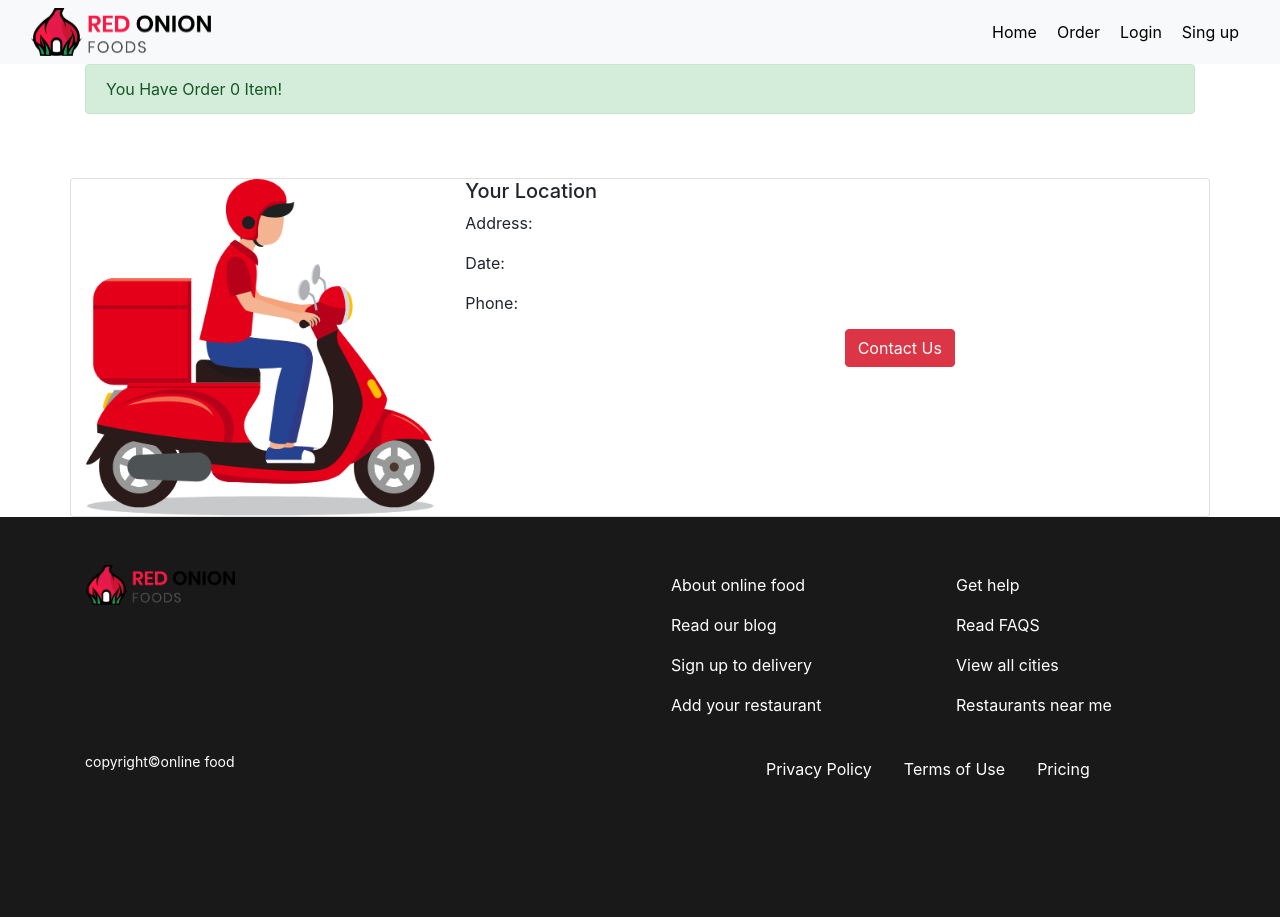
Repository: arif286/red-onion-client
Page: /order
An editor plug-in stored every save of this project. The page is shown before and after the next save, followed by the edit.
The browser window is 1280 px wide. The pictures show the whole page.
The page's requests for data from a server got no answer. The project was rebuilt for these pictures with package versions that can differ from the ones it lists, and the page was loaded fresh each time. Some packages were replaced by stand-ins written for this rebuild. No one was signed in, and anything a server would have sent is missing. Also part of the build but not shown: src/App.css, src/components/CheckOut/CheckOut.css, src/components/CheckOut/CheckOutForm/CheckOutFrom.js, src/components/CheckOut/CheckOut.js, src/components/SearchBar/SearchBar.css, src/components/SearchBar/SearchBar.js, src/components/FoodDetails/FoodDetail.css, src/components/FoodDetails/FoodDetail.js and 12 more. Imported but missing from the stored project, and not drawn on this page: src/components/CheckOut/Map/Map.

Above is the page before, as saved 2021-04-06 04:49:01.

### public/index.html
<!DOCTYPE html>
<html lang="en">
  <head>
    <meta charset="utf-8" />
    <link rel="icon" href="%PUBLIC_URL%/favicon.ico" />
    <meta name="viewport" content="width=device-width, initial-scale=1" />
    <meta name="theme-color" content="#000000" />
    <meta
      name="description"
      content="Web site created using create-react-app"
    />
    <link rel="apple-touch-icon" href="%PUBLIC_URL%/logo192.png" />
    <!--
      manifest.json provides metadata used when your web app is installed on a
      user's mobile device or desktop. See https://developers.google.com/web/fundamentals/web-app-manifest/
    -->
    <link rel="manifest" href="%PUBLIC_URL%/manifest.json" />

    <!-- <link
      href="https://api.tiles.mapbox.com/mapbox-gl-js/v2.1.1/mapbox-gl.css"
      rel="stylesheet"
    /> -->
    <!--
      Notice the use of %PUBLIC_URL% in the tags above.
      It will be replaced with the URL of the `public` folder during the build.
      Only files inside the `public` folder can be referenced from the HTML.

      Unlike "/favicon.ico" or "favicon.ico", "%PUBLIC_URL%/favicon.ico" will
      work correctly both with client-side routing and a non-root public URL.
      Learn how to configure a non-root public URL by running `npm run build`.
    -->
    <title>Red Onion</title>
  </head>
  <body>
    <noscript>You need to enable JavaScript to run this app.</noscript>
    <div id="root"></div>
    <!--
      This HTML file is a template.
      If you open it directly in the browser, you will see an empty page.

      You can add webfonts, meta tags, or analytics to this file.
      The build step will place the bundled scripts into the <body> tag.

      To begin the development, run `npm start` or `yarn start`.
      To create a production bundle, use `npm run build` or `yarn build`.
    -->
  </body>
</html>

### src/App.js
import "bootstrap/dist/css/bootstrap.min.css";
import React, { createContext, useState } from "react";
import { BrowserRouter as Router, Route, Switch } from "react-router-dom";
import './App.css';
import CheckOut from "./components/CheckOut/CheckOut";
import Map from "./components/CheckOut/Map/Map";
import FoodDetail from "./components/FoodDetails/FoodDetail";
import Footer from "./components/Footer/Footer";
import Header from "./components/Header/Header";
import Home from './components/Home/Home';
import Login from "./components/LogIn/Login";
import Order from "./components/Order/Order";
import SingUp from "./components/SingUp/SingUp";


export const UserContext = createContext();
function App() {
  const [loggedInUser, setLoggedInUser] = useState({});
  return (
    <UserContext.Provider value={[loggedInUser, setLoggedInUser]}>
      <Router>
        <Header />
        <Switch>
          <Route path="/home">
            <Home />
          </Route>
          <Route path="/signUp">
            <SingUp />
          </Route>
          <Route path="/login">
            <Login />
          </Route>
          <Route path="/food/details/:foodId">
            <FoodDetail />
          </Route>
          <Route path='/checkOut'>
            <CheckOut/>
          </Route>
          <Route path='/order'>
            <Order/>
          </Route>
          <Route path='/map'>
            <Map/>
          </Route>
          <Route exact path="/">
            <Home/>
          </Route>
        </Switch>
        <Footer />
      </Router>
    </UserContext.Provider>
  );

}

export default App;

### src/components/Footer/Footer.js
import React from 'react';
import { NavLink } from 'react-bootstrap';
import Logo from '../../onion-restaurent/logo2.png';
import './Footer.css';

const Footer = () => {
    return (
      <footer>
        <div className="container">
          <div className="row pt-5">
            <div className="col-md-6 col-sm-12 pb-4">
              <img className="footer-img" src={Logo} alt="" />
            </div>
            <div className="col-md-3 col-sm-12 pb-4">
              <ul className="nav flex-column">
                <li className="nav-item">
                  <NavLink
                    className="nav-link active footer-link"
                    aria-current="page"
                    to="/"
                  >
                    About online food
                  </NavLink>
                </li>
                <li className="nav-item">
                  <NavLink className="nav-link footer-link" to="/">
                    Read our blog
                  </NavLink>
                </li>
                <li className="nav-item">
                  <NavLink className="nav-link footer-link" to="/">
                    Sign up to delivery
                  </NavLink>
                </li>
                <li className="nav-item">
                  <NavLink className="nav-link footer-link" to="/">
                    Add your restaurant
                  </NavLink>
                </li>
              </ul>
            </div>
            <div className="col-md-3 col-sm-12 pb-4">
              <ul className="nav flex-column">
                <li className="nav-item">
                  <NavLink
                    className="nav-link footer-link"
                    aria-current="page"
                    to="/"
                  >
                    Get help
                  </NavLink>
                </li>
                <li className="nav-item">
                  <NavLink className="nav-link footer-link" to="/">
                    Read FAQS
                  </NavLink>
                </li>
                <li className="nav-item">
                  <NavLink className="nav-link footer-link" to="/">
                    View all cities
                  </NavLink>
                </li>
                <li className="nav-item">
                  <NavLink className="nav-link footer-link" to="/">
                    Restaurants near me
                  </NavLink>
                </li>
              </ul>
            </div>
          </div>

          <div className="row">
            <div className="col-md-7">
              <p className='copy-right'>
                <small>
                  copyright<span>&#169;</span>online food
                </small>
              </p>
            </div>
            <div className="col-md-5">
              <div className='d-flex'>
                <NavLink className="footer-link">Privacy Policy</NavLink>
                <NavLink className="footer-link">Terms of Use</NavLink>
                <NavLink className="footer-link">Pricing</NavLink>
              </div>
            </div>
          </div>
        </div>
      </footer>
    );
};

export default Footer;

### src/components/Header/Header.js
import { faShoppingCart } from "@fortawesome/free-solid-svg-icons";
import { FontAwesomeIcon } from "@fortawesome/react-fontawesome";
import React from 'react';
import { NavLink } from "react-router-dom";
import logo from '../../onion-restaurent/logo2.png';
import './Header.css';
const cart = <FontAwesomeIcon icon={faShoppingCart} />;
const Header = () => {
    const header = {
        logo : {width: '180px'}
    }
    return (
      <div>
        <nav className="navbar navbar-expand-lg navbar-light bg-light">
          <div className="container-fluid">
            <div>
              <img style={header.logo} src={logo} alt="" />
            </div>
            <button
              className="navbar-toggler"
              type="button"
              data-bs-toggle="collapse"
              data-bs-target="#navbarNav"
              aria-controls="navbarNav"
              aria-expanded="false"
              aria-label="Toggle navigation"
            >
              <span className="navbar-toggler-icon"></span>
            </button>
            <div
              className="collapse  navbar-collapse justify-content-end"
              id="navbarNav"
            >
              <ul className="navbar-nav align-items-center">
                <li className="nav-item">
                  <NavLink className="header-link" to="/">
                    Home
                  </NavLink>
                </li>
                <li className="nav-item">
                  <NavLink className="header-link" to="/order">
                    Order
                  </NavLink>
                </li>
                <li className="nav-item">
                  <NavLink className="header-link" to="/login">
                    Login
                  </NavLink>
                </li>
                <li className="nav-item">
                  <NavLink className="header-link" to="/signUp">
                    Sing up
                  </NavLink>
                </li>
              </ul>
            </div>
          </div>
        </nav>
      </div>
    );
};

export default Header;

### src/components/Order/Order.js
import axios from "axios";
import React, { useContext, useEffect, useState } from "react";
import { Alert, Card, Col, Container, Row } from "react-bootstrap";
import { UserContext } from "../../App";
import delivery from "../../onion-restaurent/Image/Group 1151.png";


const Order = () => {
  const [order, setOrder] = useState([]);
  const [loggedInUser, setLoggedInUser] = useContext(UserContext);

  useEffect(() => {
    axios.get(`http://localhost:5000/orderDetails?email=${loggedInUser.email}`)
      .then(res => {
        console.log(res.data)
        setOrder(res.data)
      })
      .catch(err => console.log(err));
  }, [loggedInUser.email]);
  const {address, date, foodName, picture, name, totalPrice} = order;
  return (
    <Container>
      <Alert variant="success">You Have Order {order.length} Item!</Alert>
      <Row className="justify-content-between">
        {order.map((item) => (
          <Col xs={12} sm={3}>
            <Card className="d-flex">
              <img src={item.picture} alt="" />
              <Card.Body>
                <Card.Title>{item.foodName}</Card.Title>
                <Card.Text>quantity: ${item.quantity}</Card.Text>
                <Card.Text>Total: ${item.totalPrice}</Card.Text>
              </Card.Body>
            </Card>
          </Col>
        ))}
      </Row>
      <Row className="mt-5">
        <Col>
          <Card className="row flex-row justify-content-around">
            <div className='col'>
              <img className='img-fluid' src={delivery} alt="" />
            </div>
            <div className='col  align-items-center'>
              <h5>Your Location</h5>
              <p>Address: {order[0]?.address}</p>
              <p>Date: {order[0]?.date}</p>
              <p>Phone: {order[0]?.phone}</p>
            </div>
            <div className='col align-content-center'>
              <button className='btn btn-danger'>
                Contact Us
              </button>
            </div>
          </Card>
        </Col>
      </Row>
    </Container>
  );
};

export default Order;

### src/components/Footer/Footer.css
.footer-img {
  width: 150px;
}
footer {
  background-color: #191919;
  height: 400px;
}
.footer-link {
  color: white;
}
.footer-link:hover {
  color: #878787;
}
.copy-right {
  color: white;
}

### src/components/Header/Header.css
.header-link {
  color: black;
  display: inline-block;
  padding: 10px;
}
.header-link:hover {
  text-decoration: none;
  color: #777777;
}
.cart-btn {
  border: none;
  background: none;
}

Loaded but not shown: src/index.js (common file); src/index.css (common file); src/reportWebVitals.js (common file)

After the next save:
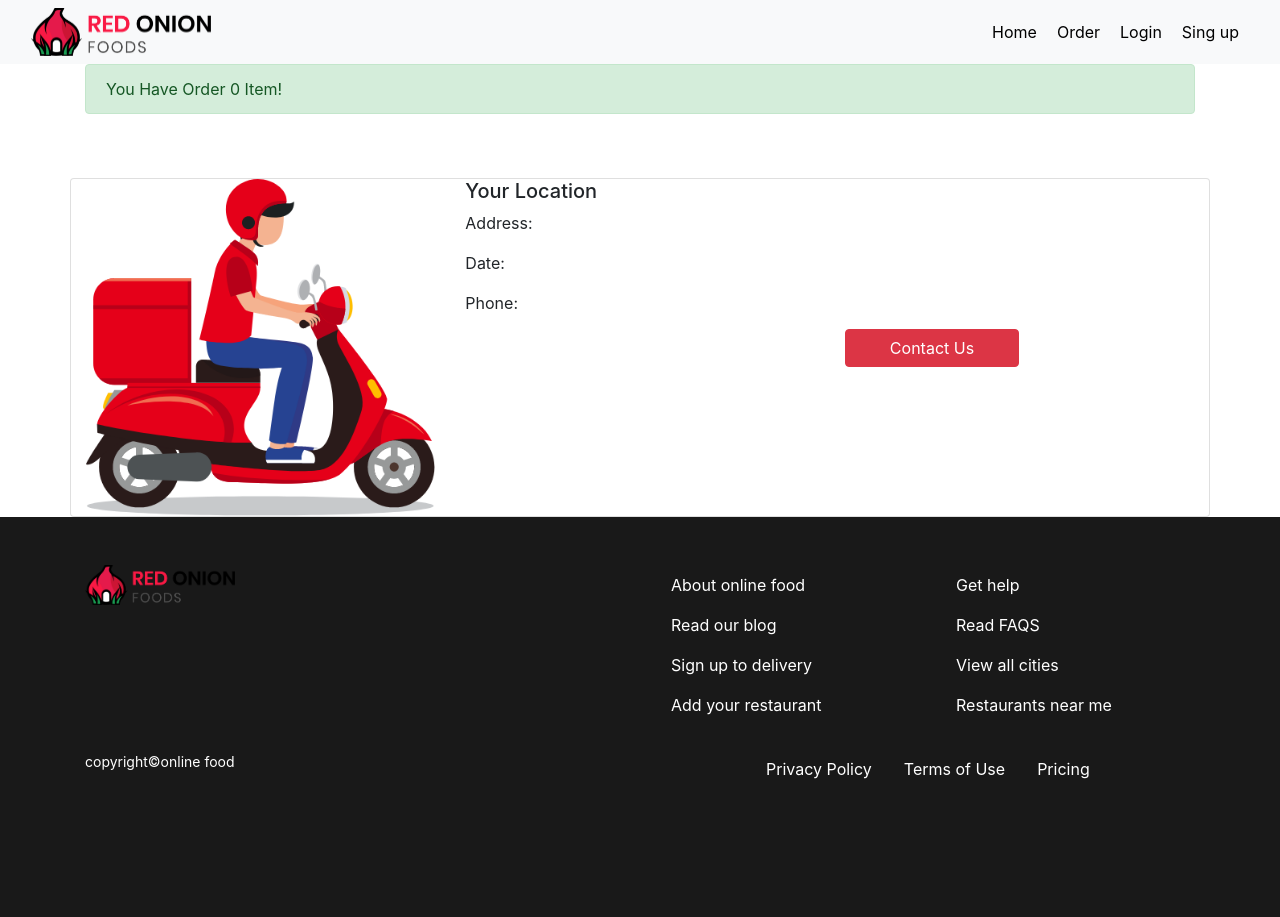
Saved 20 s later.
--- a/src/components/Order/Order.js
+++ b/src/components/Order/Order.js
@@ -48,7 +48,7 @@ const Order = () => {
               <p>Phone: {order[0]?.phone}</p>
             </div>
             <div className='col align-content-center'>
-              <button className='btn btn-danger'>
+              <button className='btn btn-danger w-50'>
                 Contact Us
               </button>
             </div>
